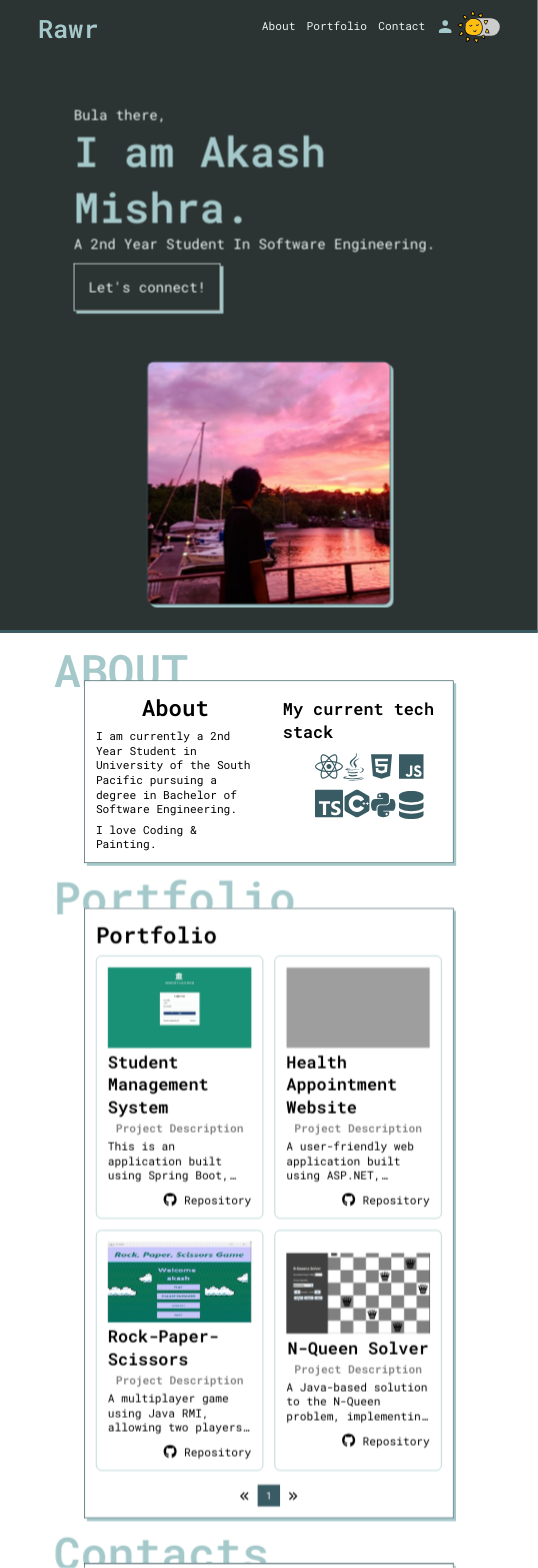
Repository: akashrawr/portfolio
Page: /
These files come from the project's save history. The page is drawn as it stood at one moment and after the next save; the edit follows.
The browser window is 768 px wide. The pictures show the part of the page from y = 0 to 2240 px (the page is 2645 px tall before and 2506 px after), at 70% of full size.
Pictures or frames that could not be fetched are drawn as grey boxes. The project was rebuilt for these pictures with package versions that can differ from the ones it lists, and the page was loaded fresh each time.

Above is the page before, as saved 2025-01-01 21:02:42.

After the next save:
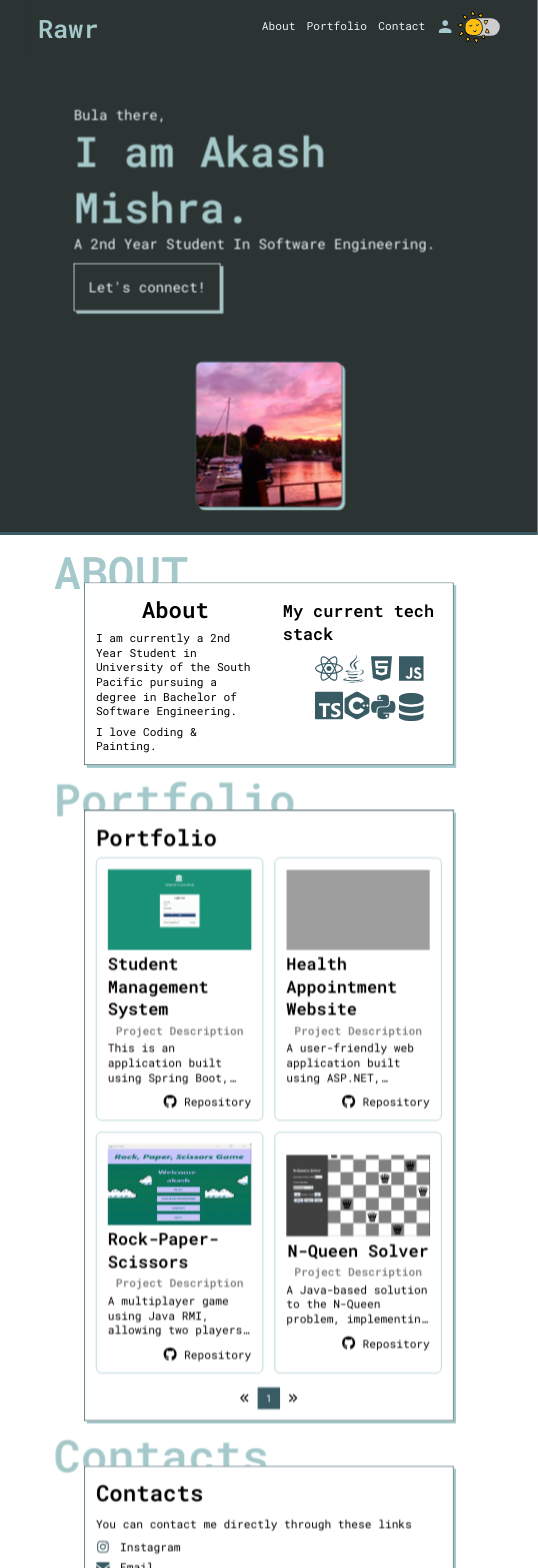
Saved 15 s later.
--- a/src/App.css
+++ b/src/App.css
@@ -302,6 +302,8 @@ section {
 
   .hero-img {
     margin-top: 20px;
+    max-width: 60%;
+    height: auto;
   }
 
   .hero-text-container {
